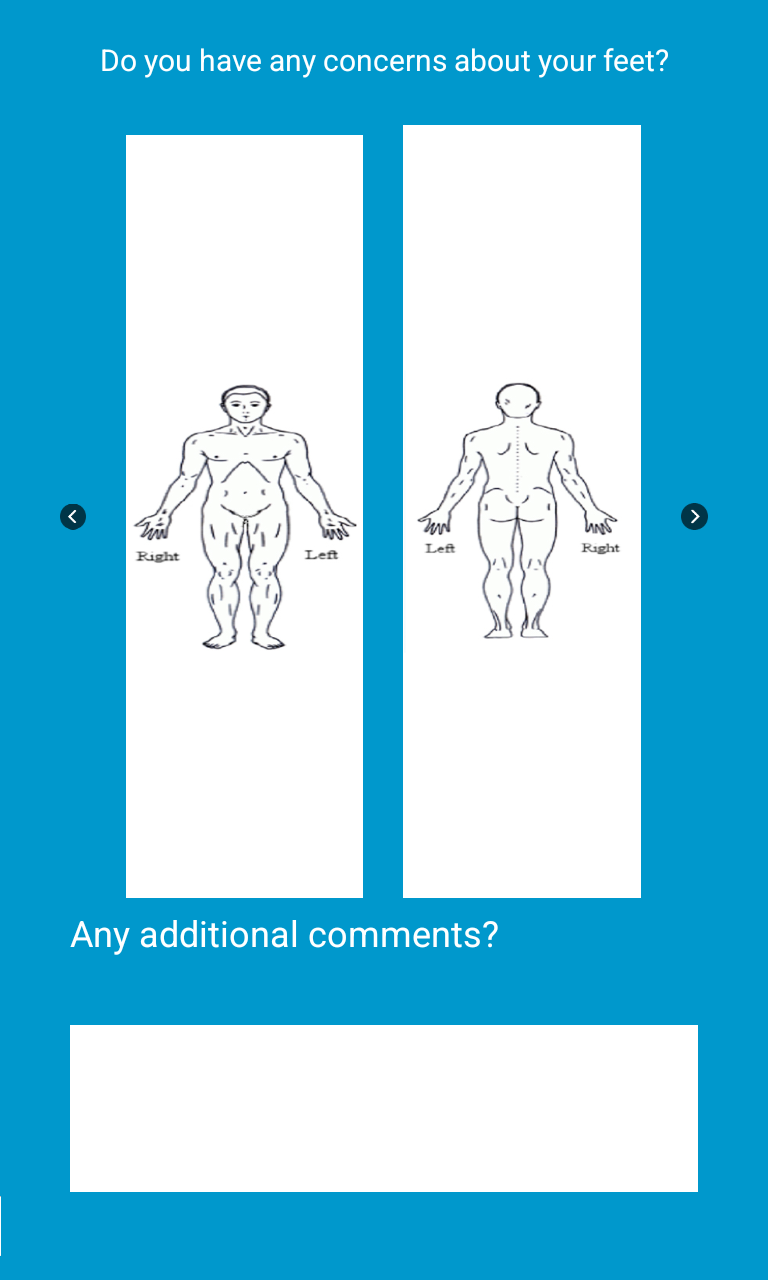
Repository: nanoweb12/GoodFeetAppNew
Layout: BodyTest/res/layout/body.xml
An editor plug-in stored every save of this project. The layout is shown before and after the next save, followed by the edit.
It is drawn on a 768 x 1280 px phone screen (xhdpi) without system bars, with theme AppTheme; the app's code is not run.

Above is the layout before, as saved 2015-02-17 09:36:10.

After the next save:
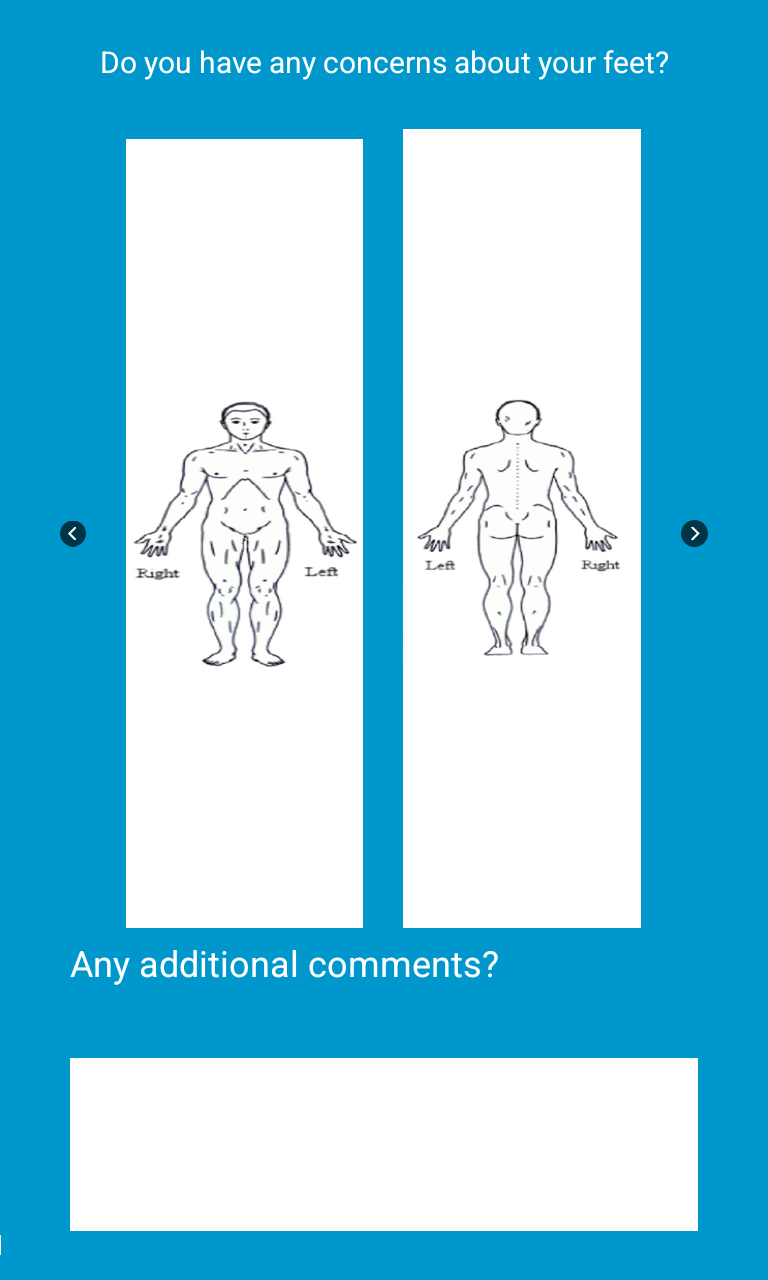
Saved 9 s later.
--- a/BodyTest/res/layout/body.xml
+++ b/BodyTest/res/layout/body.xml
@@ -110,7 +110,7 @@
       <ImageView
         android:id="@+id/imageView1"
         android:layout_width="wrap_content"
-        android:layout_height="30dp"
+        android:layout_height="10dp"
 
         android:background="#000000"
         android:src="@drawable/ash_arrow" />

After the save that followed:
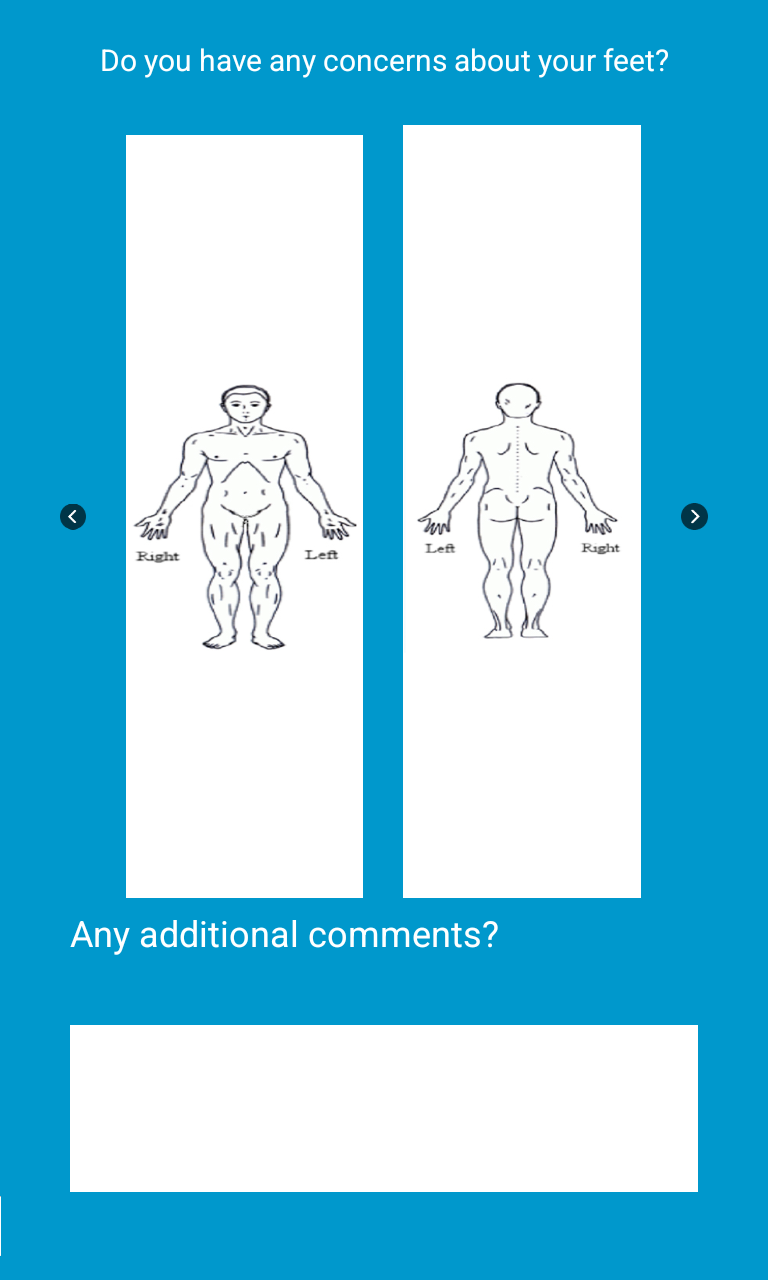
Saved 8 s later.
--- a/BodyTest/res/layout/body.xml
+++ b/BodyTest/res/layout/body.xml
@@ -110,7 +110,7 @@
       <ImageView
         android:id="@+id/imageView1"
         android:layout_width="wrap_content"
-        android:layout_height="10dp"
+        android:layout_height="30dp"
 
         android:background="#000000"
         android:src="@drawable/ash_arrow" />
